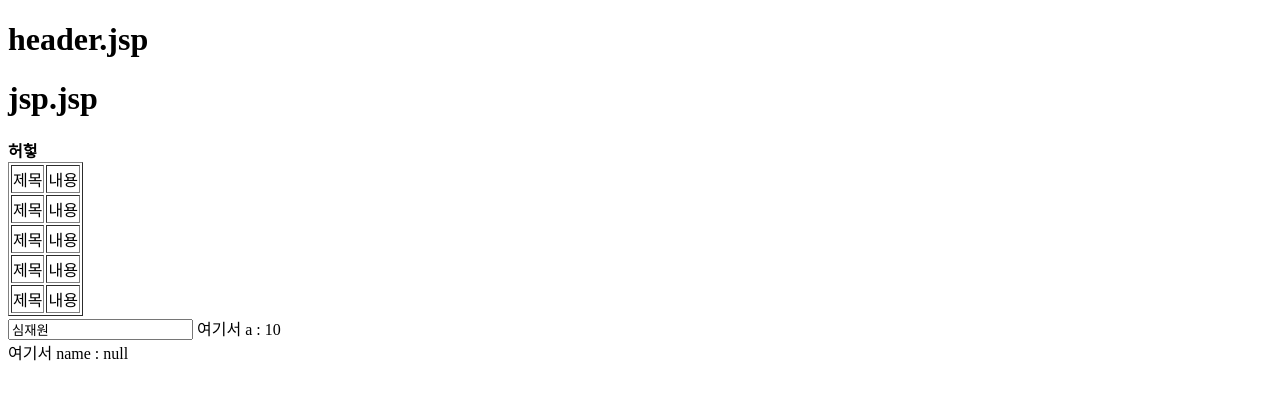
Repository: JaeWon-Sim/Project
Page: http://localhost/_4_project_jsp/jsp.jsp
An editor plug-in stored every save of this project. The page is shown before and after the next save, followed by the edit.
The browser window is 1280 px wide. The pictures show the whole page.
The page is served by Tomcat 9.

Above is the page before, as saved 2025-08-21 06:20:29.

After the next save:
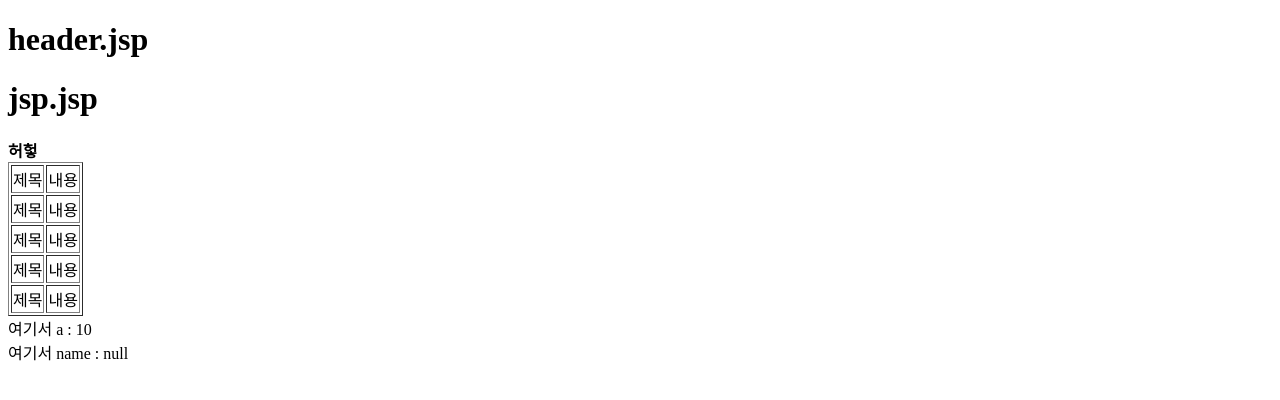
Saved 51 s later.
--- a/workspace_java/_4_project_jsp/src/main/webapp/jsp.jsp
+++ b/workspace_java/_4_project_jsp/src/main/webapp/jsp.jsp
@@ -48,7 +48,6 @@
 		}
 		%>
 	</table>
-	<input type='text' name='name' value='심재원'>
 	<%
 		int a = 10;
 		String name = request.getParameter("name");
